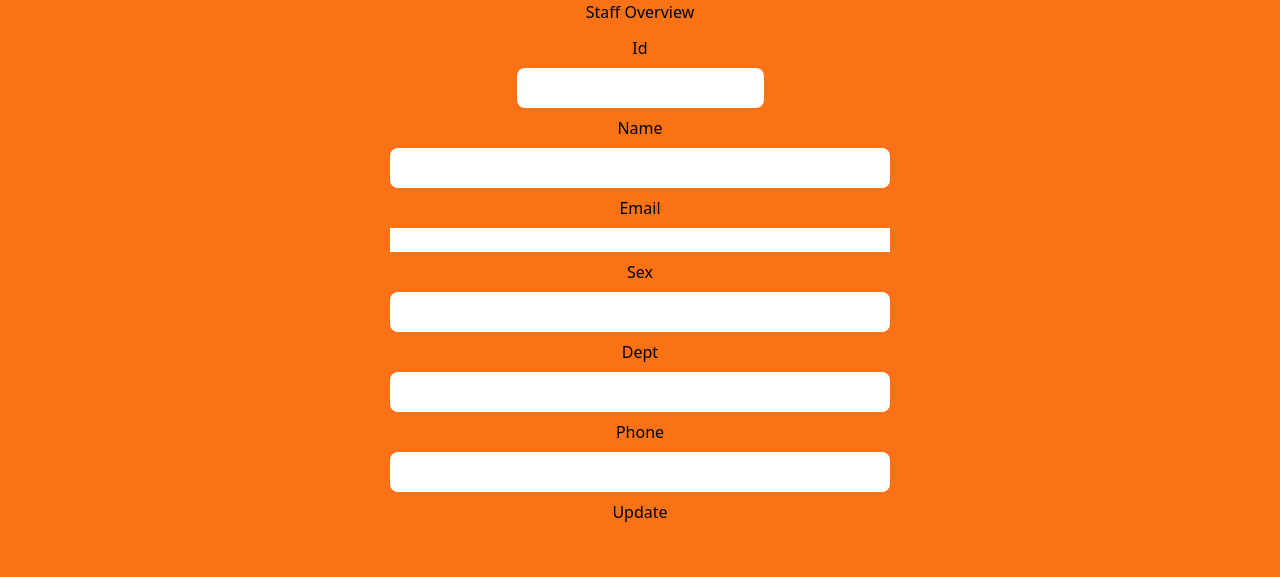
Repository: Semanmernstack/crud
Page: /employee/create
The author's editor kept a copy of each file at every save. The page is drawn from the files as they stood at one save, then again after the next save.
The browser window is 1280 px wide. The pictures show the whole page.
The project was rebuilt for these pictures with package versions that can differ from the ones it lists, and the page was loaded fresh each time. Also part of the build but not shown: src/List.js, src/Details.js, src/Edit.js.

Above is the page before, as saved 2022-12-24 01:47:00.

### src/App.js
import List from "./List";
import {
  BrowserRouter,
  Routes,
  Route,

} from "react-router-dom";
import Details from "./Details";
import Create from "./Create";
import Edit from "./Edit";



function App() {
  return (
    <div className="bg-slate-100 h-screen">
      <BrowserRouter>

      <Routes>
        <Route path="/" element={<List/>}> </Route>
        <Route path="/employee/create" element={<Create/>}> </Route>
        <Route path="/employee/details/:empid" element={<Details/>}> </Route>
        <Route path="/employee/edit/:empid" element={<Edit/>}> </Route>
      </Routes>
      </BrowserRouter>

    </div>
  );
}

export default App;

### src/Create.js
import React from 'react'

function Create() {
  return (
    <div className="flex flex-col h-screen bg-orange-500   text-center ">
        <div>
            <p>Staff Overview</p>
        </div>
        <form className="">
          <div className="flex text-center p-3 justify-center   items-center flex-col gap-2">
            <div className="flex flex-col  items-center">
              <span>Id</span>
              <input className='w-full mt-2 outline-none border-none p-2 rounded-lg'   type="text" />
            </div>
            <div className="flex flex-col w-[500px] items-center">
              <span>Name</span>
              <input className='w-full mt-2 outline-none border-none p-2 rounded-lg' type="text" required />
            </div>
            <div className="flex flex-col w-[500px] items-center">
              <span>Email</span>
              <input className='w-full mt-2 outline-none border-none' type="email" />
            </div>
            <div className="flex flex-col w-[500px] items-center">
              <span>Sex</span>
              <input className='w-full mt-2 outline-none border-none p-2 rounded-lg' type="text" />
            </div>
            <div className="flex flex-col w-[500px] items-center">
              <span>Dept</span>
              <input className='w-full mt-2 outline-none border-none p-2 rounded-lg' type="text" />
            </div>
            <div className="flex flex-col w-[500px] items-center">
              <span>Phone</span>
              <input className='w-full mt-2 outline-none border-none p-2 rounded-lg' type="number" />
            </div>
            <button>Update</button>
          </div>
        </form>
    </div>
  )
}

export default Create

Loaded but not shown: public/index.html (common file); src/index.js (common file); src/index.css (common file); src/reportWebVitals.js (common file); tailwind.config.js (common file)

After the next save:
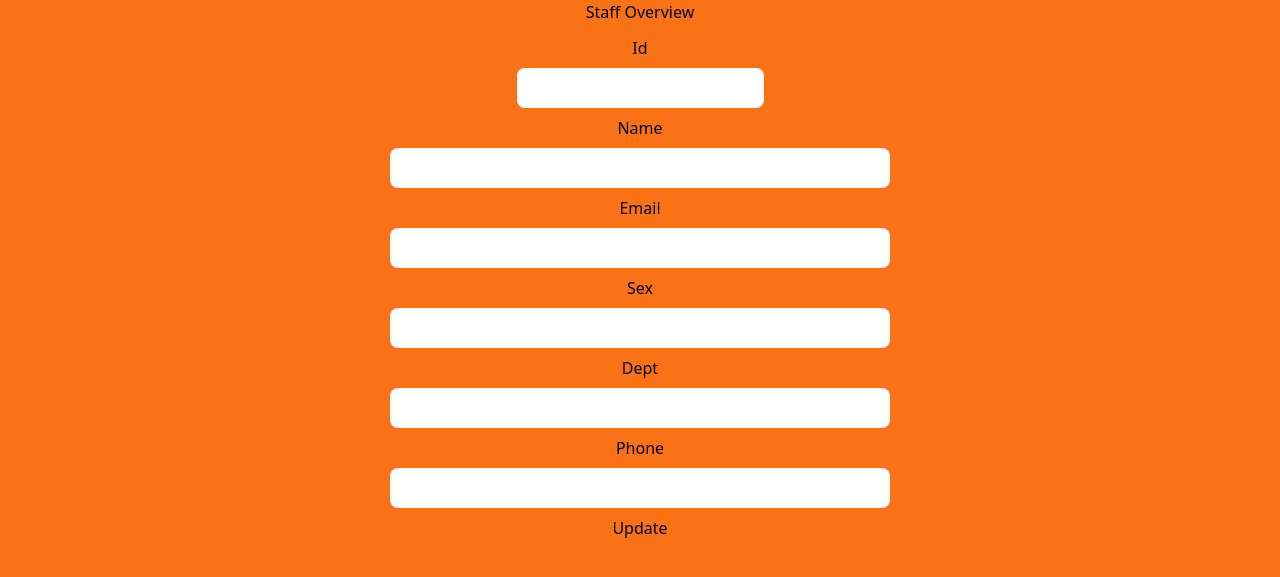
Saved 21 s later.
--- a/src/Create.js
+++ b/src/Create.js
@@ -18,7 +18,7 @@ function Create() {
             </div>
             <div className="flex flex-col w-[500px] items-center">
               <span>Email</span>
-              <input className='w-full mt-2 outline-none border-none' type="email" />
+              <input className='w-full mt-2 outline-none border-none p-2 rounded-lg' type="email" />
             </div>
             <div className="flex flex-col w-[500px] items-center">
               <span>Sex</span>
